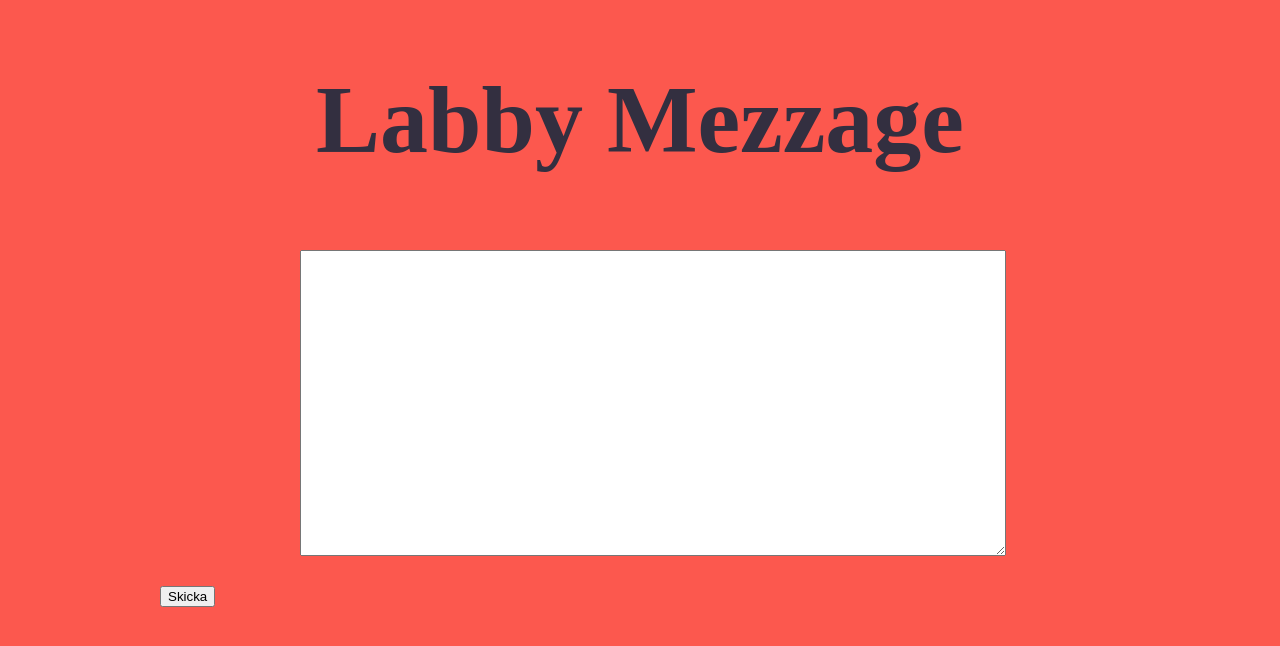
Repository: em222mt/1dv403-laborationer
Page: 2-labbymezzage/Index.html
The author's editor kept a record of every edit. The page is drawn from the files as they stood at one moment, then again after the next edit.
The browser window is 1280 px wide. The pictures show the whole page.

Above is the page before.

After the next edit:
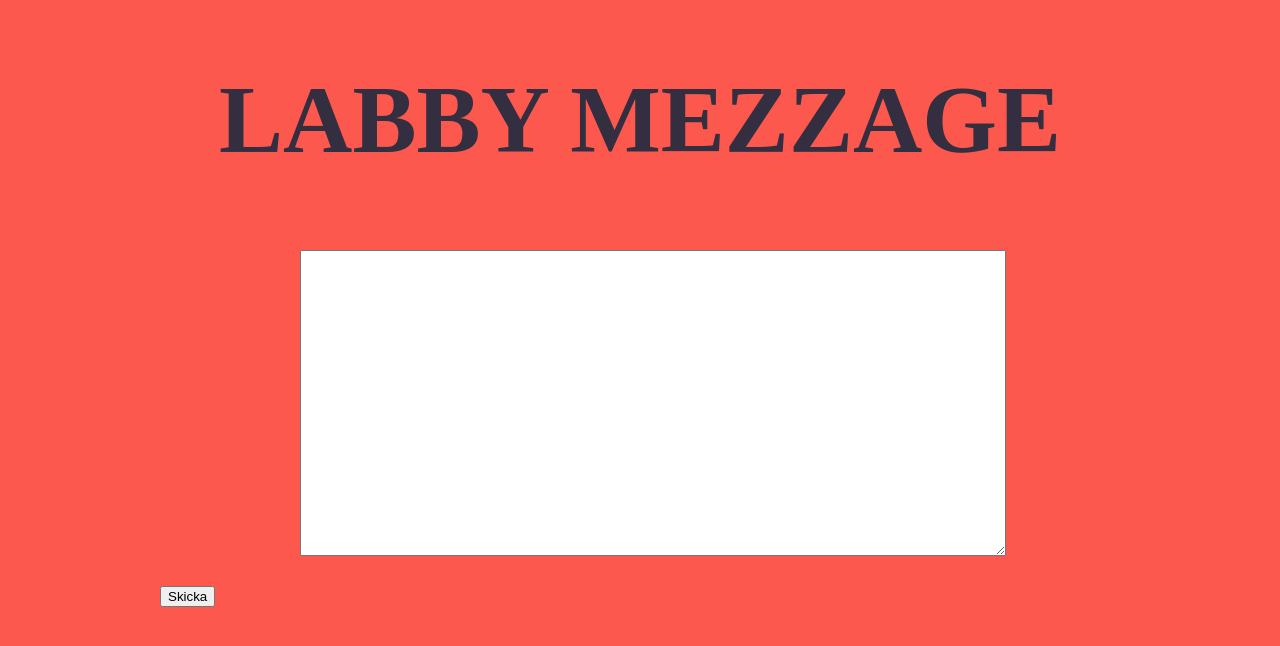
The edit:
--- a/2-labbymezzage/Index.html
+++ b/2-labbymezzage/Index.html
@@ -7,7 +7,7 @@
 </head>
     <body>
         <header>
-            <h1>Labby Mezzage</h1>
+            <h1>LABBY MEZZAGE</h1>
         </header>
 
         <main>
